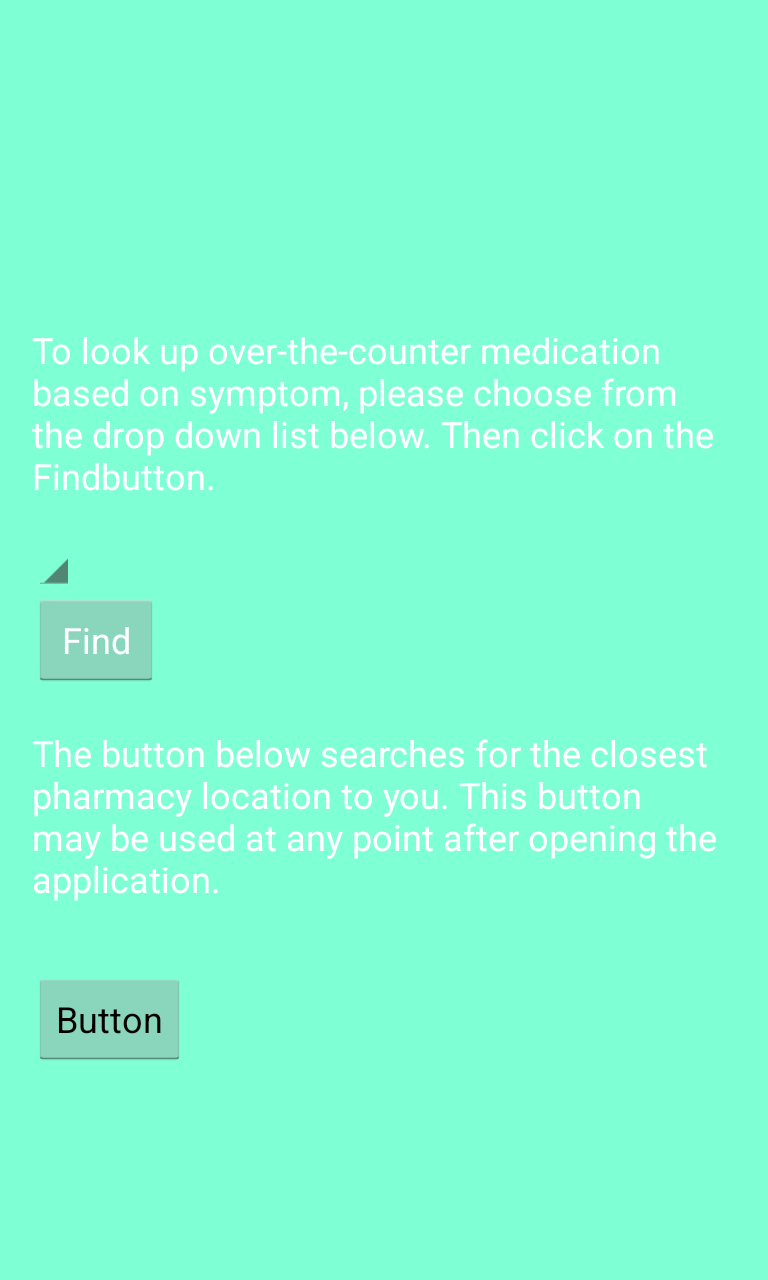
Repository: rosingrr/SympMeds
Layout: app/SympMeds/res/layout/activity_symptom_list.xml
The author's editor kept a copy of each file at every save. The layout is drawn from the files as they stood at one save, then again after the next save.
It is drawn on a 768 x 1280 px phone screen (xhdpi) without system bars, with theme AppTheme; the app's code is not run.

Above is the layout before, as saved 2013-08-02 13:42:16.

### app/SympMeds/res/layout/activity_symptom_list.xml
<RelativeLayout xmlns:android="http://schemas.android.com/apk/res/android"
    xmlns:tools="http://schemas.android.com/tools"
    android:layout_width="match_parent"
    android:layout_height="match_parent"
    android:background="@color/aqua_marine"
    android:paddingBottom="@dimen/activity_vertical_margin"
    android:paddingLeft="@dimen/activity_horizontal_margin"
    android:paddingRight="@dimen/activity_horizontal_margin"
    android:paddingTop="@dimen/activity_vertical_margin"
    tools:context=".SymptomList" >

    <Button
        android:id="@+id/button1"
        android:layout_width="wrap_content"
        android:layout_height="wrap_content"
        android:layout_alignLeft="@+id/TextView01"
        android:layout_below="@+id/TextView01"
        android:layout_marginTop="34dp"
        android:text="Button" />

    <Button
        android:id="@+id/search_button"
        android:layout_width="wrap_content"
        android:layout_height="wrap_content"
        android:layout_alignLeft="@+id/symptom_spinner"
        android:layout_centerVertical="true"
        android:onClick="search"
        android:text="@string/search"
        android:textColor="@color/white" />

    <Spinner
        android:id="@+id/symptom_spinner"
        android:layout_width="wrap_content"
        android:layout_height="wrap_content"
        android:layout_above="@+id/search_button"
        android:layout_alignLeft="@+id/sympInstr_textView" />

    <TextView
        android:id="@+id/TextView01"
        android:layout_width="wrap_content"
        android:layout_height="wrap_content"
        android:layout_alignLeft="@+id/search_button"
        android:layout_below="@+id/search_button"
        android:layout_marginTop="20dp"
        android:text="@string/symptom_instructions1"
        android:textColor="@color/white"
        android:textSize="18" />

    <TextView
        android:id="@+id/sympInstr_textView"
        android:layout_width="wrap_content"
        android:layout_height="wrap_content"
        android:layout_above="@+id/symptom_spinner"
        android:layout_centerHorizontal="true"
        android:layout_marginBottom="14dp"
        android:text="@string/symptom_instructions"
        android:textColor="@color/white"
        android:textSize="18" />

</RelativeLayout>

### app/SympMeds/res/values/Colors.xml
<?xml version="1.0" encoding="utf-8"?>
<resources>
    <color name = "white">#ffffffff</color>
    <color name = "aqua_marine">#ff66cccc</color>
</resources>

### app/SympMeds/res/values/colors.xml
<?xml version="1.0" encoding="utf-8"?>
<resources>
    <color name="red">#ffff0000</color>
    <color name="green">#ff00ff00</color>
    <color name="blue">#ff0000ff</color>
    <color name="transparent_red">#ffff0000</color>
    <color name="steel_blue">#ff4682B4</color>
    <color name="crimson">#ffdc143c</color>
    <color name="sea_green">#ff2e8b57</color>
    <color name="aqua_marine">#ff7fffd4</color>
    <color name="white">#ffffffff</color>
    <color name="darker_aqua_marine">#ff3f7f6a</color>
    <color name="color1">#ff66cccc</color>
    <color name="color2">#ff33cccc</color>
    <color name="color3">#ff00cccc</color>
</resources>

### app/SympMeds/res/values/strings.xml
<?xml version="1.0" encoding="utf-8"?>
<resources>

    <string name="app_name">SympMeds</string>
    <string name="action_settings">Settings</string>
    <string name="nearest_pharmacy">Nearest Pharmacy</string>
    <string name="welcome">This app is not meant to be used as a replacement of a doctor. If symptoms become severe and/ or persistent we recommend you see a doctor immediately.</string>
    <string name="start">Get Started</string>

    <string name="title_activity_symptom_list">SymptomList</string>
    <string name="symptom_instructions">To look up over-the-counter medication based on symptom, please choose from the drop down list below. Then click on the "Find" button.</string>
    <string name="search">Find</string>
    <string name="symptoms">Symptoms</string>
    <string name="symptom_instructions1">The button below searches for the closest pharmacy location to you. This button may be used at any point after opening the application.</string>
    <string name="Button">Nearest Pharmacy</string>

    <string name="title_activity_drug_list">DrugList</string>
    <string name="symptom_name">name of symptom</string>
    <string name="symptom_description">description of symptom</string>
    <string name="drug_instructions">Choose a drug from the drop-down list and then push the Get Info button to pull up the information on the drug.</string>
    <string name="get_info">Get Info</string>
    <string name="end">/////</string>

    <string name="title_activity_drug_info">DrugInfo</string>
    <string name="drug_name">name of drug</string>
    <string name="symptoms_label">Symptoms the drug treats:</string>
    <string name="side_effects_label">Side-Effects drug might have:</string>
    <string name="directions_label">Directions of use:</string>
    <string name="unknown">unknown</string>
    <string name="medications">Medications</string>

</resources>

Loaded but not shown: app/SympMeds/res/values/styles.xml (common file); app/SympMeds/res/values-v11/styles.xml (common file); app/SympMeds/res/values-v14/styles.xml (common file); app/SympMeds/res/values/dimens.xml (common file)

After the next save:
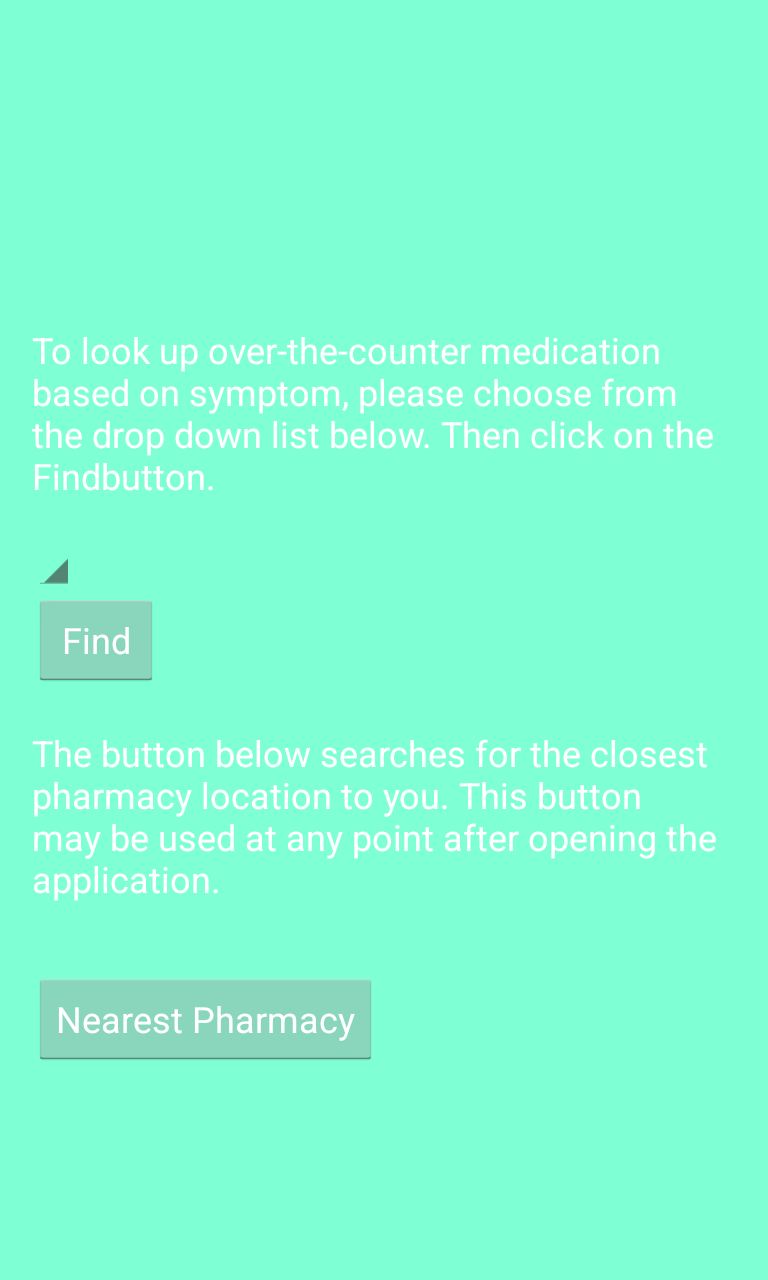
Saved 85 s later.
--- a/app/SympMeds/res/layout/activity_symptom_list.xml
+++ b/app/SympMeds/res/layout/activity_symptom_list.xml
@@ -16,7 +16,8 @@
         android:layout_alignLeft="@+id/TextView01"
         android:layout_below="@+id/TextView01"
         android:layout_marginTop="34dp"
-        android:text="Button" />
+        android:text="@string/Button"
+        android:textColor="@color/white" />
 
     <Button
         android:id="@+id/search_button"
